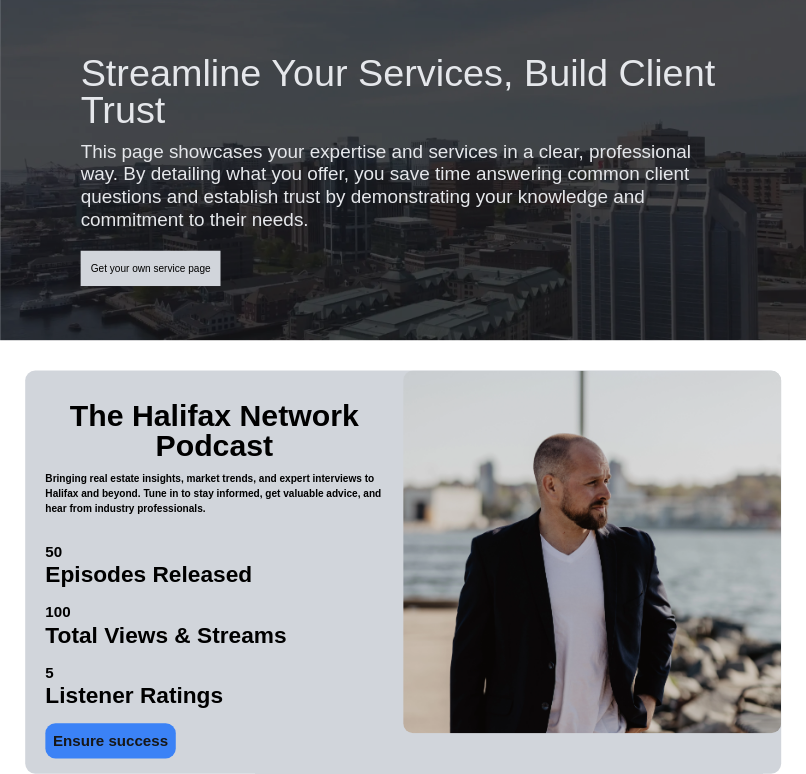
Repository: TMuse333/Chris-crowell
Page: /podcast (app in frontend/)
These files come from the project's save history. The page is drawn as it stood at one moment and after a run of saves; the edit follows.
The browser window is 1280 px wide. The pictures show the whole page, at 63% of full size.
The project was rebuilt for these pictures with package versions that can differ from the ones it lists, and the page was loaded fresh each time. The framework's server and built-in components were replaced by stand-ins that run in the browser. Also part of the build but not shown: frontend/next.config.ts.

Above is the page before, as saved 2025-02-15 20:55:05.

### frontend/src/app/layout.tsx
import { ContextProvider } from "@/context/context";
import type { Metadata } from "next";
import { Geist, Geist_Mono } from "next/font/google";
import "./globals.css";

const geistSans = Geist({
  variable: "--font-geist-sans",
  subsets: ["latin"],
});

const geistMono = Geist_Mono({
  variable: "--font-geist-mono",
  subsets: ["latin"],
});

export const metadata: Metadata = {
  title: "Create Next App",
  description: "Generated by create next app",
};

export default function RootLayout({
  children,
}: Readonly<{
  children: React.ReactNode;
}>) {
  return (
    <html lang="en">
      <ContextProvider>


      <body
        className={`${geistSans.variable} ${geistMono.variable} antialiased`}
      >
        {children}
      </body>
      </ContextProvider>
    </html>
  );
}

### frontend/src/app/podcast/page.tsx


import PodcastPage from "@/pageComponents/podcastPage";
import React from "react";

const Page = () => {


    return (
        <PodcastPage/>
    )
}

export default Page

### frontend/src/context/context.tsx
"use client"

import React, { createContext, useState, useContext, ReactNode, useEffect } from 'react';

// Define the type for the context value
interface GeneralContextType {
  isMobile: boolean;
  setIsMobile: React.Dispatch<React.SetStateAction<boolean>>;
  isDesktop: boolean;
  setIsDesktop: React.Dispatch<React.SetStateAction<boolean>>;


  applicationFormState: Record<string, string>;
  setApplicationFormState: React.Dispatch<React.SetStateAction<Record<string, string>>>;


}


// Create the context
export const GeneralContext = createContext<GeneralContextType | undefined>(undefined);

// Create a provider component
export const ContextProvider: React.FC<{ children: ReactNode }> = ({ children }) => {
  // Initialize the value state


  // Detect mobile devices
  const [isMobile, setIsMobile] = useState<boolean>(true);

const [isDesktop, setIsDesktop] = useState(false)

const [applicationFormState, setApplicationFormState] = useState<Record<string, string>>({});

  useEffect(() => {
    const handleScroll = () => {
      if (typeof window !== 'undefined') {
        setIsMobile(window.innerWidth <= 865);
      }
      else{
        setIsDesktop(true)
      }
    };

    if (typeof window !== 'undefined') {
      window.addEventListener('scroll', handleScroll);
      handleScroll(); // Initial check
    }

    return () => {
      if (typeof window !== 'undefined') {
        window.removeEventListener('scroll', handleScroll);
      }
    };
  }, []);

  useEffect(() => {
    const handleScroll = () => {
      if (typeof window !== 'undefined') {
        setIsDesktop(window.innerWidth > 868);
      }

    };

    if (typeof window !== 'undefined') {
      window.addEventListener('scroll', handleScroll);
      handleScroll(); // Initial check
    }

    return () => {
      if (typeof window !== 'undefined') {
        window.removeEventListener('scroll', handleScroll);
      }
    };
  }, []);


  useEffect(() => {
    console.log('is mobile', isMobile);
    console.log("is desktop", isDesktop)
  }, [isDesktop]);

  const contextValue = {

    isMobile,
    setIsMobile,
    applicationFormState,
    setApplicationFormState,
    isDesktop,
    setIsDesktop


  };

  return <GeneralContext.Provider value={contextValue}>{children}</GeneralContext.Provider>;
};

export const useGeneralContext = (): GeneralContextType => {
  const context = useContext(GeneralContext);
  if (!context) {
    throw new Error('useGeneralContext must be used within a ContextProvider');
  }
  return context;
};

### frontend/src/app/globals.css
@tailwind base;
@tailwind components;
@tailwind utilities;

:root {
  --background: #ffffff;
  --foreground: #171717;
}

@media (prefers-color-scheme: dark) {
  :root {
    --background: #0a0a0a;
    --foreground: #ededed;
  }
}

body {
  color: var(--foreground);
  background: var(--background);
  font-family: Arial, Helvetica, sans-serif;
}

@keyframes gradientAnimation {
  0% { background-position: 0% 50%; }
  50% { background-position: 100% 50%; }
  100% { background-position: 0% 50%; }
}

.gradient-animation {
  background: linear-gradient(90deg, #00bfff, #00A7E0, #64D8FF);
  background-size: 200% 200%;
  background-clip: text;
  -webkit-background-clip: text;
  color: transparent;
  animation: gradientAnimation 8s ease-in-out infinite;
}

### frontend/src/pageComponents/podcastPage.tsx
"use client"

import CountUpImageText from "@/components/contentPieces/countUpImageText/countUpImageText";
import ServiceHerobanner from "@/components/herobanners/serviceHerobanner/serviceHerobanner";
import { podcastCountup, podcastHerobanner } from "@/data/podcastData";
import React from "react";


const PodcastPage = () => {


    return (
        <main className="w-screen">
            <ServiceHerobanner
            {...podcastHerobanner}
           alt=""
            />
            <CountUpImageText
            {...podcastCountup}
            />
        </main>
    )
}

export default PodcastPage

### frontend/src/components/contentPieces/countUpImageText/countUpImageText.tsx
import { useGeneralContext } from "@/context/context";
import Image from "next/image";
import React, { useRef } from "react";
import CountUp from "react-countup";
import {useInView,motion,useTransform,
    easeIn, useScroll
} from 'framer-motion'
interface Props {
    src:string,
    alt:string
    title:string,
    description:string,
    stats:{
        number:string,
        name:string
    }[]
}



const CountUpImageText:React.FC<Props> = ({
    src,alt,title,description,stats
}) => {

    const {isMobile} = useGeneralContext()

    const ref = useRef(null)

    const inView = useInView(ref,{
        amount:!isMobile ? 0.5 : 0.4,
        once:true
    })

    const { scrollYProgress } = useScroll({
        target: ref, // Watch this section
        offset: ["start end", "end start"], // Trigger based on when it enters and leaves the viewport
    });

    // Map scrollYProgress to scale and opacity
    const scale = useTransform(scrollYProgress, [0, 0.3, 0.7, 1], [0.95, 1, 1, 0.95],  { ease:easeIn });

    const fadeInVariants = (delay: number) => {

        return {
            initial: { opacity: 0, x: -30, y: -20 },
            animate: { opacity: 1, x: 0, y: 0 ,
            transition: {
              duration: 0.4,
              delay: delay, // Delay based on the parameter
              ease: "easeInOut"
            }
        }
        }

      };

      const statVariants = (delay: number) => {

        return {
            initial: { opacity: 0, x: -50, y: 0 },
            animate: { opacity: 1, x: 0, y: 0 ,
            transition: {
              duration: 0.5,
              delay:0.3 + delay, // Delay based on the parameter
              ease: "easeInOut"
            }
        }
        }
      };

      const ref2 = useRef(null)

      const countInView = useInView(ref2,{
        once:true
      })


      return (
        <motion.section
          style={{
            scale
          }}
          ref={ref}
          className="flex flex-col bg-gray-300 mt-12 w-[97vw] rounded-2xl overflow-hidden md:flex-row-reverse mx-auto max-w-[1200px]"
        >
          {/* Title */}
          <motion.h2
            variants={fadeInVariants(0)}
            initial="initial"
            animate={inView ? "animate" : "initial"}
            className="mx-auto text-3xl text-black font-bold text-center sm:text-4xl md:text-5xl mt-12 mb-4 md:hidden"
          >
            {title}
          </motion.h2>

          <section className="relative w-[98vw] md:w-[48vw] md:block h-[80vh]
          ">

            <Image
              src={src}
              alt={alt}
              width={600}
              height={1300}
              className={`w-full h-full rounded-2xl
              z-[1]
               object-cover mx-auto md:block transition-all
               duration-1000
               ${inView ? ' h-[80vh]' : 'h-0'}
                 mt-auto mb-auto absolute`}
              style={{
                borderRadius: "1rem"
              }}
            />
          </section>

          {/* Description */}
          <section className="flex flex-col px-4 md:w-[48vw]">
            <motion.h2
              variants={fadeInVariants(0)}
              initial="initial"
              animate={inView ? "animate" : "initial"}
              className="mx-auto text-3xl text-black font-bold text-center sm:text-4xl md:text-5xl mt-12 mb-4 hidden md:block"
            >
              {title}
            </motion.h2>

            <motion.p
              variants={fadeInVariants(0.1)}
              initial="initial"
              animate={inView ? "animate" : "initial"}
              className="text-black md:px-4 font-semibold mb-6 mt-4 md:mt-0"
            >
              {description}
            </motion.p>

            <section
            ref={ref2}
            className="flex mx-auto flex-col justify-center items-center  mt-4 md:flex-row font-semibold md:mr-auto md:ml-4
            ">
              {/* Stats Loop */}
              <div className="text-2xl mb-6 flex flex-col justify-start items-start">
                {stats.map((stat, index) => {
                  const delay = 0.2 + index * 0.4;
                   const nameDelay = 0.25 + index * 0.4
                  return (
                    <div
                      key={index}
                      className="flex flex-col text-black items-center justify-center text-center ml-4 mb-6 md:ml-0 mr-auto"
                    >
                      <motion.p
                        variants={statVariants(delay)}
                        initial="initial"
                        animate={countInView ? "animate" : "initial"}
                        className="sm:text-xl md:text-2xl mr-auto"
                      >
                        <CountUp
                          start={0}
                          end={countInView ? parseInt(stat.number) : 0}
                          duration={2}
                          className="mr-auto sm:text-2xl"
                        />
                      </motion.p>

                      <motion.p
                      variants={statVariants(nameDelay)}
                      initial="initial"
                      animate={countInView ? "animate" : "initial"}
                      className="mr-auto text-left self-start sm:text-3xl md:text-4xl">
                        {stat.name}
                      </motion.p>
                    </div>
                  );
                })}
                <button className="bg-blue-500
                p-3 rounded-2xl p-3">
                    Ensure success
                </button>
              </div>
            </section>
          </section>

        </motion.section>
      );

}

export default CountUpImageText

### frontend/src/components/herobanners/serviceHerobanner/serviceHerobanner.tsx

import React from 'react'

import Image from 'next/image'

interface Props {
    src:string,
    alt:string,
    title:string,
    description:string,
    buttonText:string,
    destination:string
}

const ServiceHerobanner:React.FC<Props> = ({
    src,alt,title,description,
    buttonText,
}) => {






    return (



    <header
    className='w-screen min-h-[500px]
    h-[75vh] text-center text-gray-200
    relative flex flex-col items-center justify-center
    transition-colors
    duration-1000
    '
    //  style={{
    //     backgroundImage:`url(${bg})`,
    //     backgroundSize:'cover',
    //     backgroundPosition:'center'

    // }}

   role='banner'
   >
    <Image className='w-full h-full object-cover absolute z-[1]
    brightness-[0.5]'
src={src}
priority
width={600}
height={1300}
alt={alt}
/>

        <section className='text-left w-4/5 relative z-[2]'>



<h1
 className='text-4xl sm:text-5xl md:text-6xl'>{title}</h1>
<h2

 className='text-xl mt-4 sm:text-2xl md:text-3xl'>{description}</h2>
<button





className='bg-gray-300 p-4 text-black !important
mt-8 hover:scale-[1.1] hover:bg-slate-900 hover:text-white
transition-all'>
 {buttonText}
</button>


</section>
    </header>
    )
}

export default ServiceHerobanner

### frontend/src/data/podcastData.ts
export const podcastHerobanner = {
    src:'/skyline.webp',

title: "Streamline Your Services, Build Client Trust",
description: "This page showcases your expertise and services in a clear, professional way. By detailing what you offer, you save time answering common client questions and establish trust by demonstrating your knowledge and commitment to their needs.",
    buttonText:'Get your own service page',
    destination:'/contact'
}


export const podcastCountup = {
    src: "/chris-side.webp",
    alt: "Chris hosting The Halifax Network Podcast",
    title: "The Halifax Network Podcast",
    description: `Bringing real estate insights, market trends, and expert interviews to Halifax and beyond. Tune in to stay informed, get valuable advice, and hear from industry professionals.`,
    stats: [
      {
        number: "50+",
        name: "Episodes Released",
      },
      {
        number: "100K+",
        name: "Total Views & Streams",
      },
      {
        number: "5★",
        name: "Listener Ratings",
      },
    ],
  };

  export const podcastExperienceCard = {
    title: "The Halifax Network Podcast – Conversations That Build Success",
    src: "/chris-seated.webp",
    alt: "Chris hosting The Halifax Network Podcast",
    description:
      "The Halifax Network Podcast dives into the world of entrepreneurship, business growth, and real estate. Featuring industry leaders, successful entrepreneurs, and real estate experts, each episode delivers insights to help you level up in your career and investments." +

      "From scaling businesses to making smart real estate decisions, this podcast is your guide to navigating the challenges and opportunities of today's market.",

    aspects: [
      "In-depth conversations with top entrepreneurs and industry experts",
      "Topics covering business strategies, personal finance, and real estate",
      "Over 100K+ total views and streams",
      "Empowering listeners with actionable insights and success stories",
    ],

    link: "/podcast",
    reverse: false,
    aspectHeader: "Why Listen to The Halifax Network Podcast?",
  };

### frontend/src/components/textAnimations/typeAlongText/typeAlongText.tsx
import { motion } from 'framer-motion';
import React, { ElementType, useState, useEffect } from 'react';

interface TypeAlongTextProps {
  text: string; // The text to animate
  as?: ElementType; // The HTML tag to render (default: 'p')
  styles?: string; // Additional CSS classes
  keywords?: string[]; // Highlighted keywords
  startAnimation?: boolean; // Control when animation starts
  setAnimationComplete?: React.Dispatch<React.SetStateAction<boolean>>; // Notify when animation is complete
  duration?: number; // Optional duration to control animation speed (default: 0.3 seconds)
}

const TypeAlongText: React.FC<TypeAlongTextProps> = ({
  text,
  as: Tag = 'p', // Default to 'p' tag
  styles = '',
  keywords = [],
  startAnimation = false, // Default to false if not provided
  setAnimationComplete, // Optional function to notify when animation is complete
  duration = 0.3, // Default animation duration for each character (can be customized)
}) => {
  const [highlightComplete, setHighlightComplete] = useState(false);
  const [animationStarted, setAnimationStarted] = useState(false);


  useEffect(() => {
    if (startAnimation && !animationStarted) {
      setAnimationStarted(true);
    }
  }, [startAnimation, animationStarted]);

  const isKeyword = (segment: string) => keywords.includes(segment);

  const handleAnimationComplete = () => {

    setHighlightComplete(true);
    if (setAnimationComplete) {
        console.log('typing animation complete')
      setAnimationComplete(true); // Notify parent that the animation is complete
    }
  };

  let charIndexCounter = 0;

  return (
    <Tag className={`inline-block text-center mx-auto ${styles}`}>
      {text.split('\n').map((line, lineIndex) => (
        <span key={lineIndex} className="block"> {/* Render each line as a block */}
          {line.split(' ').map((word, wordIndex) => (
            <span key={`${lineIndex}-${wordIndex}`}> {/* Add spacing between words */}
              {word.split('').map((char, charIndex) => {
                const cumulativeDelay = charIndexCounter * 0.05;
                charIndexCounter++;

                const isLastCharacter =
                  charIndexCounter === text.replace(/\s/g, '').length;

                return (
                  <motion.span
                    key={`${lineIndex}-${wordIndex}-${charIndex}`}
                    initial={{ y: -20, opacity: 0 }}
                    animate={startAnimation ? { y: 0, opacity: 1 } : {}}
                    transition={{
                      delay: cumulativeDelay,
                      duration:duration,
                    }}
                    className={`inline-block whitespace-pre-line ${
                      highlightComplete && isKeyword(word) ? 'animate-gradient' : ''
                    }`}
                    style={
                      highlightComplete && isKeyword(word)//#18C5FF
                        ? {
                            background: 'linear-gradient(90deg, #00bfff, #00A7E0, #64D8FF)',
                            backgroundSize: '200% 200%',
                            backgroundClip: 'text',
                            WebkitBackgroundClip: 'text',
                            color: 'transparent',
                            animation: 'gradient-animation 8s ease-in-out infinite',
                            transition: 'background 0.5s ease, color 0.5s ease',
                          }
                        : undefined
                    }
                    whileHover={{
                      y: -12,
                      transition: {
                        duration: 0.2,
                        ease: 'easeInOut',
                      },
                    }}
                    onAnimationComplete={isLastCharacter ? handleAnimationComplete : undefined}
                  >
                    {char}
                  </motion.span>
                );
              })}
              &nbsp; {/* Add space between words */}
            </span>
          ))}
        </span>
      ))}
    </Tag>
  );
};

export default TypeAlongText;

Loaded but not shown: frontend/tailwind.config.ts (common file); frontend/src/components/contentPieces/experienceCard/experienceCard.tsx (225 lines, source omitted)

After the next 4 saves:
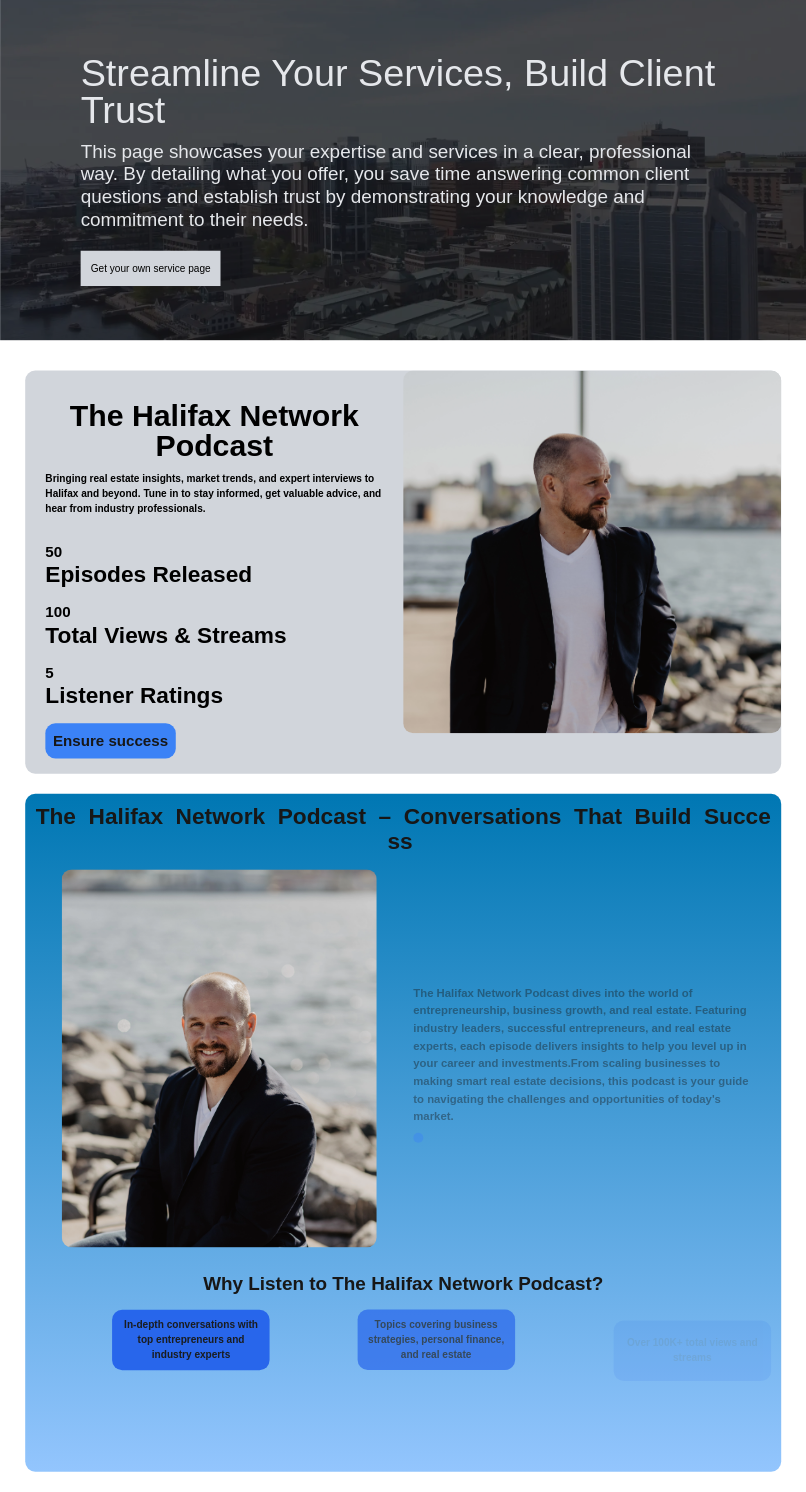
The 4 saves are shown as one change because they came seconds apart.
The last was saved 22 s later.
--- a/frontend/src/pageComponents/podcastPage.tsx
+++ b/frontend/src/pageComponents/podcastPage.tsx
@@ -1,8 +1,9 @@
 "use client"
 
 import CountUpImageText from "@/components/contentPieces/countUpImageText/countUpImageText";
+import ExperienceCard from "@/components/contentPieces/experienceCard/experienceCard";
 import ServiceHerobanner from "@/components/herobanners/serviceHerobanner/serviceHerobanner";
-import { podcastCountup, podcastHerobanner } from "@/data/podcastData";
+import { podcastCountup, podcastExperienceCard, podcastHerobanner } from "@/data/podcastData";
 import React from "react";
 
 
@@ -18,6 +19,10 @@ const PodcastPage = () => {
             <CountUpImageText
             {...podcastCountup}
             />
+
+            <ExperienceCard
+            {...podcastExperienceCard}
+            />
         </main>
     )
 }
